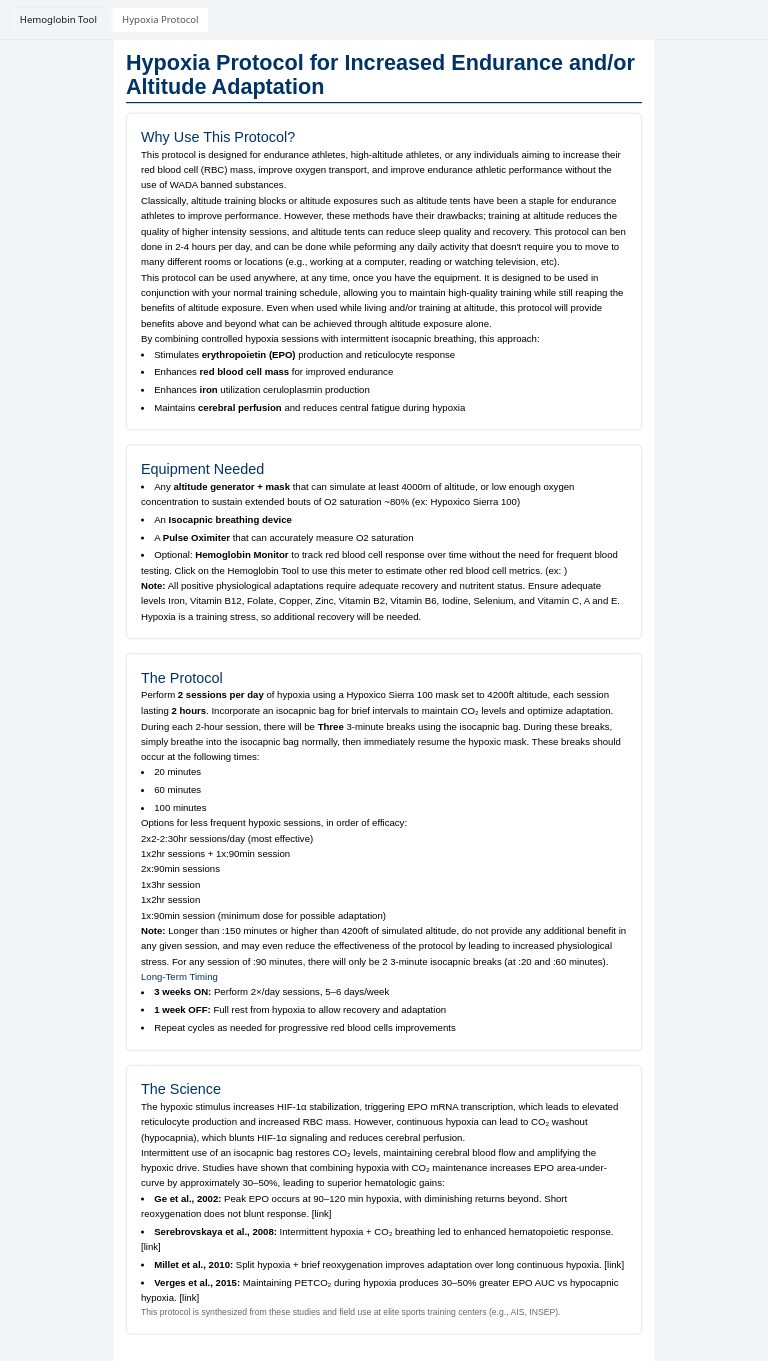
Repository: austenhughes1/hemoglobin_rbc_metrics
Page: hypoxia_protocol.html
An editor plug-in stored every save of this project. The page is shown before and after the next save, followed by the edit.
The browser window is 1280 px wide. The pictures show the whole page, at 60% of full size.
Some web libraries are served in a nearby version.

Above is the page before, as saved 2025-06-25 16:15:13.

After the next save:
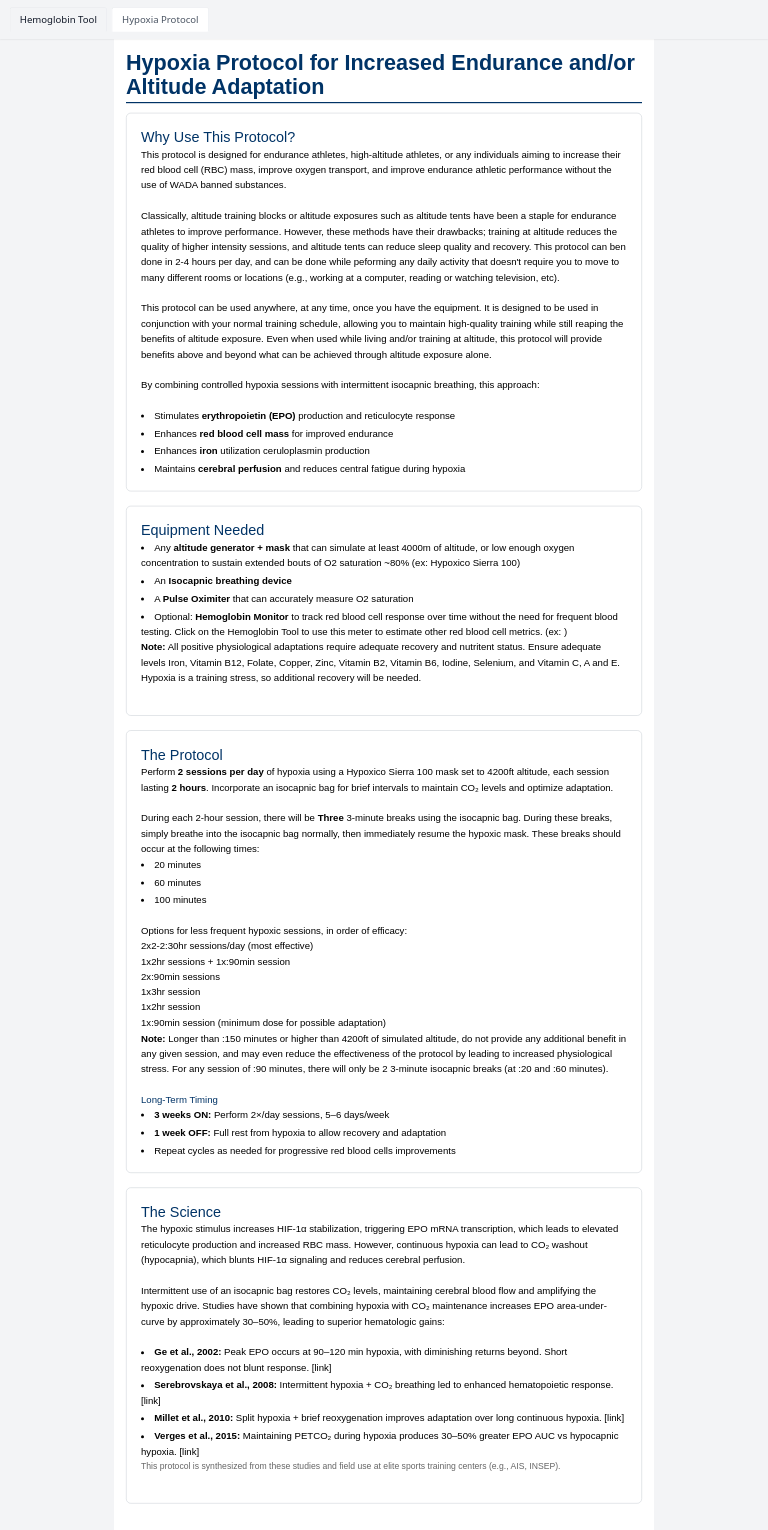
Saved 32 s later.
--- a/hypoxia_protocol.html
+++ b/hypoxia_protocol.html
@@ -49,13 +49,17 @@
         <p>
         This protocol is designed for endurance athletes, high-altitude athletes, or any individuals aiming to increase their red blood cell (RBC) mass, improve oxygen transport, and improve endurance athletic performance without the use of WADA banned substances.
         </p>
+        <br>
         <p>
         Classically, altitude training blocks or altitude exposures such as altitude tents have been a staple for endurance athletes to improve performance. However, these methods have their drawbacks; training at altitude reduces the quality of higher intensity sessions, and altitude tents can reduce sleep quality and recovery. This protocol can ben done in 2-4 hours per day, and can be done while peforming any daily activity that doesn't require you to move to many different rooms or locations (e.g., working at a computer, reading or watching television, etc).
         </p>
+        <br>
         <p>
         This protocol can be used anywhere, at any time, once you have the equipment. It is designed to be used in conjunction with your normal training schedule, allowing you to maintain high-quality training while still reaping the benefits of altitude exposure. Even when used while living and/or training at altitude, this protocol will provide benefits above and beyond what can be achieved through altitude exposure alone.
         </p>
+        <br>
         <p>By combining controlled hypoxia sessions with intermittent isocapnic breathing, this approach:</p>
+        <br>
         <ul class="list-disc list-inside space-y-1">
             <li>Stimulates <strong>erythropoietin (EPO)</strong> production and reticulocyte response</li>
             <li>Enhances <strong>red blood cell mass</strong> for improved endurance</li>
@@ -75,6 +79,7 @@
         <p>
         <strong>Note:</strong> All positive physiological adaptations require adequate recovery and nutritent status. Ensure adequate levels Iron, Vitamin B12, Folate, Copper, Zinc, Vitamin B2, Vitamin B6, Iodine, Selenium, and Vitamin C, A and E. Hypoxia is a training stress, so additional recovery will be needed.
         </p>
+        <br>
     </section>
 
     <section class="border border-gray-300 rounded-lg p-6 mb-6 bg-white">
@@ -82,6 +87,7 @@
         <p>
         Perform <strong>2 sessions per day</strong> of hypoxia using a Hypoxico Sierra 100 mask set to 4200ft altitude, each session lasting <strong>2 hours</strong>. Incorporate an isocapnic bag for brief intervals to maintain CO₂ levels and optimize adaptation.
         </p>
+        <br>
 
         <p>
         During each 2-hour session, there will be <strong>Three</strong> 3-minute breaks using the isocapnic bag. During these breaks, simply breathe into the isocapnic bag normally, then immediately resume the hypoxic mask. These breaks should occur at the following times:
@@ -91,6 +97,7 @@
             <li>100 minutes</li>
         </ul>
         </p>
+        <br>
 
         <p>
         Options for less frequent hypoxic sessions, in order of efficacy:
@@ -104,6 +111,7 @@
         </ul>
         <strong>Note:</strong> Longer than :150 minutes or higher than 4200ft of simulated altitude, do not provide any additional benefit in any given session, and may even reduce the effectiveness of the protocol by leading to increased physiological stress. For any session of :90 minutes, there will only be 2 3-minute isocapnic breaks (at :20 and :60 minutes).
         </p>
+        <br>
 
         <h3>Long-Term Timing</h3>
         <ul class="list-disc list-inside space-y-1">
@@ -119,9 +127,11 @@
         <p>
         The hypoxic stimulus increases HIF-1α stabilization, triggering EPO mRNA transcription, which leads to elevated reticulocyte production and increased RBC mass. However, continuous hypoxia can lead to CO₂ washout (hypocapnia), which blunts HIF-1α signaling and reduces cerebral perfusion.
         </p>
+        <br>
         <p>
         Intermittent use of an isocapnic bag restores CO₂ levels, maintaining cerebral blood flow and amplifying the hypoxic drive. Studies have shown that combining hypoxia with CO₂ maintenance increases EPO area-under-curve by approximately 30–50%, leading to superior hematologic gains:
         </p>
+        <br>
         <ul class="list-disc list-inside space-y-1">
         <li><strong>Ge et al., 2002:</strong> Peak EPO occurs at 90–120 min hypoxia, with diminishing returns beyond. Short reoxygenation does not blunt response. [<a href="https://www.hypoxico.com/wp-content/uploads/2018/04/Determinants-of-erythropoietin-release-in-response-to-short-term-hypobaric-hypoxia.pdf" target="_blank">link</a>]</li>
         <li><strong>Serebrovskaya et al., 2008:</strong> Intermittent hypoxia + CO₂ breathing led to enhanced hematopoietic response. [<a href="https://pubmed.ncbi.nlm.nih.gov/18078855/" target="_blank">link</a>]</li>
@@ -132,6 +142,7 @@
         <p class="citation">
         This protocol is synthesized from these studies and field use at elite sports training centers (e.g., AIS, INSEP).
         </p>
+        <br>
     </section>
   </div>
 </body>
